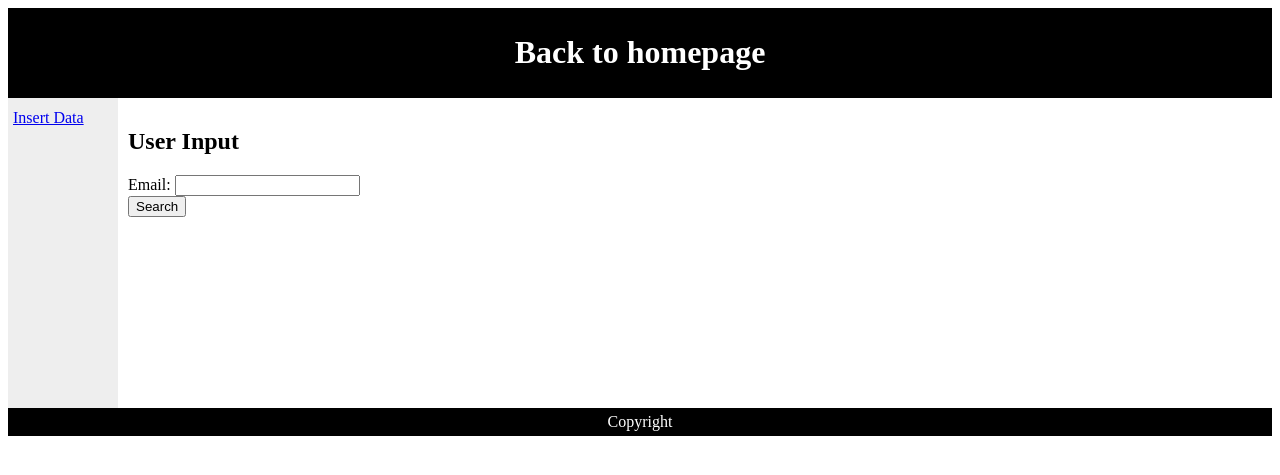
Repository: dreamxia329/TechExercise4830
Page: T3-0325-xia/T3-webProject-Xia/WebContent/login.html
An editor plug-in stored every save of this project. The page is shown before and after the next save, followed by the edit.
The browser window is 1280 px wide. The pictures show the whole page.

Above is the page before, as saved 2022-03-30 03:20:19.

### T3-0325-xia/T3-webProject-Xia/WebContent/login.html
<html>
<head>
<style>
header {
	background-color: black;
	color: white;
	text-align: center;
	padding: 5px;
}

nav {
	line-height: 30px;
	background-color: #eeeeee;
	height: 300px;
	width: 100px;
	float: left;
	padding: 5px;
}

section {
	width: 350px;
	float: left;
	padding: 10px;
}

footer {
	background-color: black;
	color: white;
	clear: both;
	text-align: center;
	padding: 5px;
}
</style>
</head>

<body>
	<header>
		<h1>Back to homepage</h1>
	</header>

	<nav>
		<a href="/T3-webProject-Xia/insert_xia.html">Insert Data</a> <br>
	</nav>

	<section>
		<h1>User Input</h1>

		<form action="SearchXia" method="POST">

			Email: <input type="text" name="keyword"> <br /> <input
				type="submit" value="Search" />
		</form>

	</section>

	<footer> Copyright </footer>
</body>
</html>

After the next save:
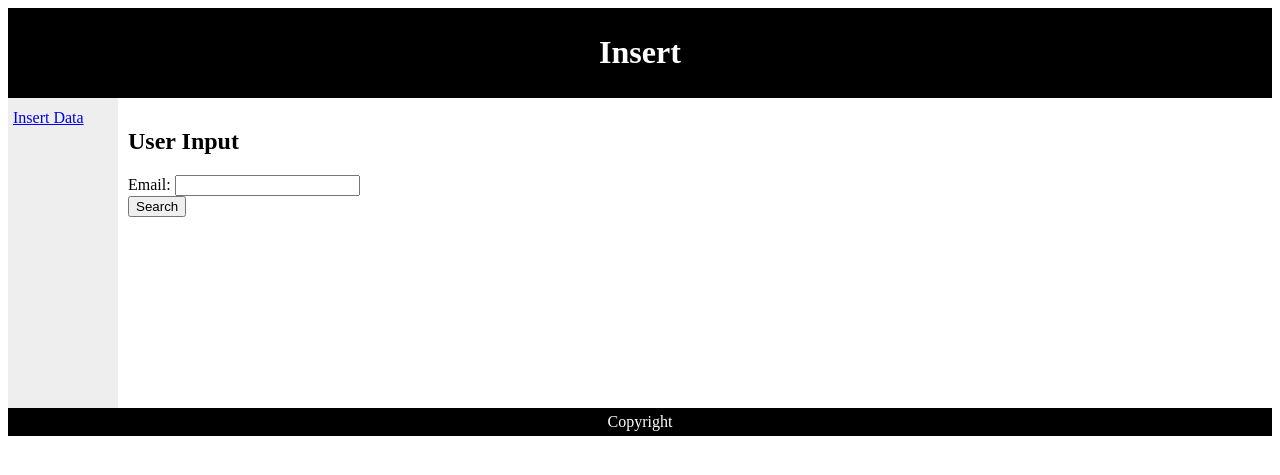
Saved 4 min 55 s later.
--- a/T3-0325-xia/T3-webProject-Xia/WebContent/login.html
+++ b/T3-0325-xia/T3-webProject-Xia/WebContent/login.html
@@ -35,7 +35,7 @@ footer {
 
 <body>
 	<header>
-		<h1>Back to homepage</h1>
+		<h1>Insert</h1>
 	</header>
 
 	<nav>
